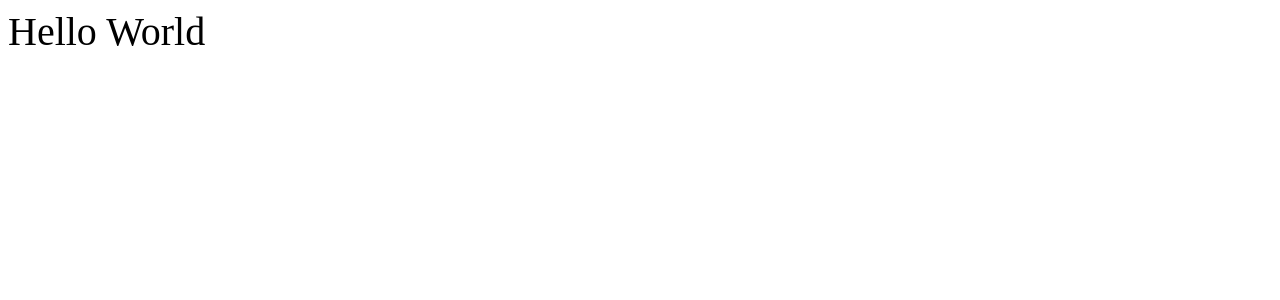
Repository: FifiTeklemedhin/Spotify-Project
Page: spotipy_tutorial/index.html
These files come from the project's save history. The page is drawn as it stood at one moment and after the next save; the edit follows.
The browser window is 1280 px wide. The pictures show the whole page.

Above is the page before, as saved 2022-03-05 16:18:05.

### spotipy_tutorial/index.html
<!DOCTYPE html>
<head>
<hl style="font-size:40px">Hello World</hl>
</head>
</html>

After the next save:
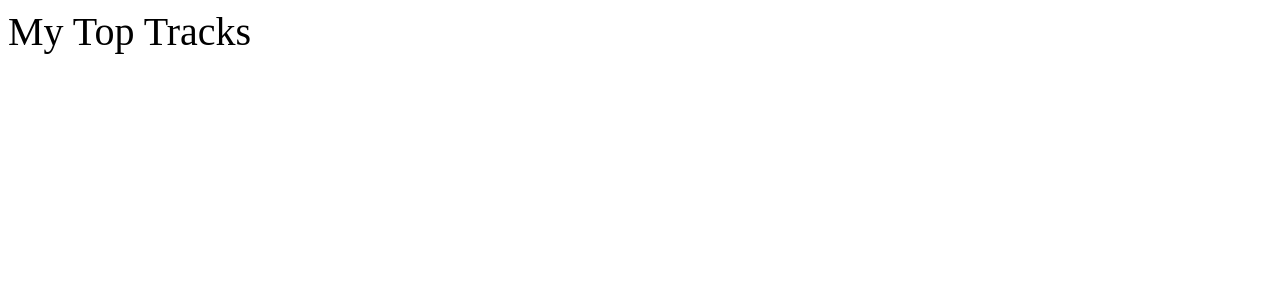
Saved 13 s later.
--- a/spotipy_tutorial/index.html
+++ b/spotipy_tutorial/index.html
@@ -1,5 +1,5 @@
 <!DOCTYPE html>
 <head>
-<hl style="font-size:40px">Hello World</hl>
+<hl style="font-size:40px">My Top Tracks</hl>
 </head>
 </html>
